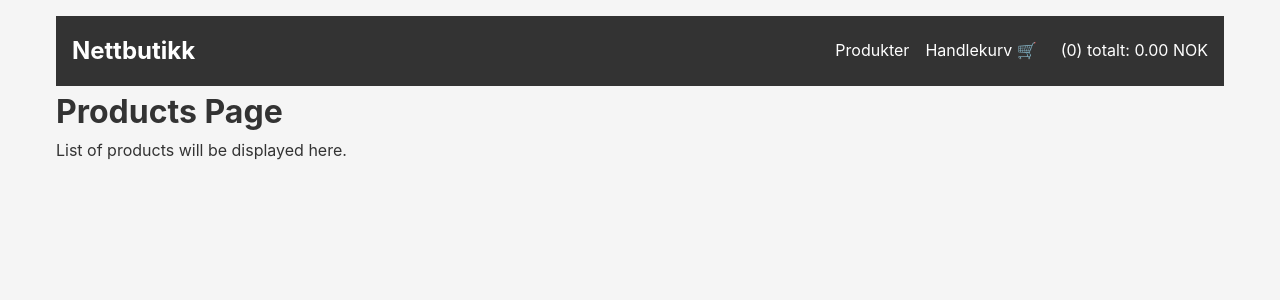
Repository: geokkjer/ukesoppgave2025.2
Page: / (app in handlekurv-func/)
The author's editor kept a copy of each file at every save. The page is drawn from the files as they stood at one save, then again after the next save.
The browser window is 1280 px wide. The pictures show the whole page.
The project was rebuilt for these pictures with package versions that can differ from the ones it lists, and the page was loaded fresh each time.

Above is the page before, as saved 2025-09-16 13:54:30.

### handlekurv-func/index.html
<!doctype html>
<html lang="en">
  <head>
    <meta charset="UTF-8" />
    <link rel="icon" type="image/svg+xml" href="/vite.svg" />
    <meta name="viewport" content="width=device-width, initial-scale=1.0" />
    <title>Handlekurv v3</title>
    <link rel="stylesheet" href="./css/base.css" />
    <link rel="stylesheet" href="./css/components.css" />
    <link rel="stylesheet" href="./css/responsive.css" />
  </head>
  <body>
    <div id="app"></div>
    <script type="module" >
      import { initialState } from './src/model';
      import { render } from './src/shell';
      render(initialState);
    </script>
  </body>
</html>

### handlekurv-func/css/responsive.css
/* Simplified Responsive Design */

/* Tablet and smaller */
@media (max-width: 768px) {
  .navbar {
    flex-direction: column;
    gap: 1rem;
    text-align: center;
  }

  .nav-links {
    justify-content: center;
  }

  .products-grid {
    grid-template-columns: 1fr;
  }

  .cart-item {
    flex-direction: column;
    align-items: flex-start;
    gap: 1rem;
  }

  .cart-item-controls {
    width: 100%;
    justify-content: space-between;
  }

  #app {
    padding: 0.5rem;
  }
}

/* Mobile */
@media (max-width: 480px) {
  .navbar {
    padding: 0.5rem;
  }

  .product-card {
    padding: 0.75rem;
  }

  .product-detail {
    padding: 1rem;
  }
}

### handlekurv-func/css/components.css
/* Simplified Components */

/* Buttons */
.btn {
  background: #007bff;
  color: white;
  border: none;
  padding: 0.5rem 1rem;
  border-radius: 4px;
  cursor: pointer;
  font-size: 1rem;
}

.btn:hover { background: #0056b3; }
.btn-success { background: #28a745; }
.btn-success:hover { background: #218838; }
.btn-danger { background: #dc3545; }
.btn-danger:hover { background: #c82333; }

/* Navbar */
.navbar {
  background: #333;
  color: white;
  padding: 1rem;
  display: flex;
  justify-content: space-between;
  align-items: center;
}

.logo { font-size: 1.5rem; font-weight: bold; }
.nav-links {
  display: flex;
  list-style: none;
  gap: 1rem;
}

.nav-links a {
  color: white;
  text-decoration: none;
  padding: 0.5rem;
}

.nav-links a:hover { background: rgba(255,255,255,0.1); }

/* Navigation */
.site-nav {
  grid-area: header;
  background-color: #333;
  color: white;
  padding: 1rem;
  margin-bottom: 0;
}

/* App container */
#app {
  max-width: 1200px;
  margin: 0 auto;
  padding: 1rem;
  grid-area: main;
}

main { flex: 1; }

/* Product grid */
.products-grid {
  display: grid;
  grid-template-columns: repeat(auto-fit, minmax(250px, 1fr));
  gap: 1rem;
  margin-top: 2rem;
}

.product-card {
  background: white;
  border-radius: 8px;
  padding: 1rem;
  box-shadow: 0 2px 5px rgba(0,0,0,0.1);
  cursor: pointer;
}

.product-card:hover { box-shadow: 0 4px 10px rgba(0,0,0,0.15); }

.product-image {
  width: 100%;
  height: 150px;
  background: #f0f0f0;
  border-radius: 4px;
  display: flex;
  align-items: center;
  justify-content: center;
  margin-bottom: 1rem;
  font-size: 2rem;
  color: #666;
}

.product-name {
  font-size: 1.1rem;
  font-weight: bold;
  margin-bottom: 0.5rem;
}

.product-price {
  font-size: 1rem;
  color: #e74c3c;
  font-weight: bold;
  margin-bottom: 0.5rem;
}

.product-description {
  color: #666;
  font-size: 0.9rem;
}

/* Product detail */
.product-detail {
  background: white;
  border-radius: 8px;
  padding: 2rem;
  box-shadow: 0 2px 5px rgba(0,0,0,0.1);
}

.product-detail .product-image {
  height: 200px;
  margin-bottom: 1rem;
}

/* Cart */
.cart-items {
  display: flex;
  flex-direction: column;
  gap: 1rem;
  margin-bottom: 2rem;
}

.cart-item {
  background: white;
  border-radius: 8px;
  padding: 1rem;
  box-shadow: 0 2px 5px rgba(0,0,0,0.1);
  display: flex;
  justify-content: space-between;
  align-items: center;
}

.cart-item-info { flex: 1; }
.cart-item-name {
  font-weight: bold;
  margin-bottom: 0.5rem;
}

.cart-item-price {
  color: #e74c3c;
  font-weight: bold;
}

.cart-item-controls {
  display: flex;
  align-items: center;
  gap: 1rem;
}

.quantity-controls {
  display: flex;
  align-items: center;
  gap: 0.5rem;
}

.quantity-btn {
  background: #f0f0f0;
  border: none;
  width: 30px;
  height: 30px;
  border-radius: 50%;
  cursor: pointer;
  display: flex;
  align-items: center;
  justify-content: center;
}

.quantity-btn:hover { background: #e0e0e0; }

.cart-total {
  background: white;
  border-radius: 8px;
  padding: 1rem;
  box-shadow: 0 2px 5px rgba(0,0,0,0.1);
  text-align: right;
}

.total-amount {
  font-size: 1.2rem;
  font-weight: bold;
  color: #e74c3c;
  margin-bottom: 1rem;
}

.empty-cart {
  text-align: center;
  padding: 2rem;
  color: #666;
}

/* Footer */
.site-footer {
  grid-area: footer;
  padding: 1rem 0;
  color: #777;
  text-align: center;
  border-top: 1px solid #e0e0e0;
}

### handlekurv-func/css/base.css
/* Simplified Base Styles */

* {
  margin: 0;
  padding: 0;
  box-sizing: border-box;
}

body {
  font-family: -apple-system, BlinkMacSystemFont, 'Segoe UI', sans-serif;
  line-height: 1.6;
  color: #333;
  background: #f5f5f5;
  min-height: 100vh;
}

/* Screen reader only */
.sr-only {
  position: absolute;
  width: 1px;
  height: 1px;
  padding: 0;
  margin: -1px;
  overflow: hidden;
  clip: rect(0, 0, 0, 0);
  white-space: nowrap;
  border: 0;
}

/* Focus styles */
button:focus,
a:focus,
[tabindex]:focus {
  outline: 2px solid #007bff;
  outline-offset: 2px;
}

/* Loading */
.loading {
  text-align: center;
  padding: 2rem;
  font-size: 1.1rem;
  color: #666;
}

/* Tablet view - a little wider */
@media (min-width: 768px) {
  body {
    grid-template-columns: repeat(3, 1fr);
    grid-template-areas:
      "header header header"
      "main main main"
      "footer footer footer";
  }
}

/* Desktop view - wider */
@media (min-width: 1024px) {
  body {
    grid-template-columns: repeat(4, 1fr);
    grid-template-areas:
      "header header header header"
      "main main main main"
      "footer footer footer footer";
  }
}

### handlekurv-func/src/model.ts
import type { Model } from "./types";

export const initialState: Model = Object.freeze({
  app: {
    currentPage: "products",
  },
  products: [
    {
      id: 1,
      name: "Trådløse Hodetelefoner",
      price: 99.99,
      description:
        "Høykvalitets trådløse hodetelefoner med støydemping og 30 timer batteritid.",
      image: "🎧",
      category: "Elektronikk",
    },
    {
      id: 2,
      name: "Smartklokke",
      price: 199.99,
      description:
        "Funksjonsrik smartklokke med treningssporing, pulsmåler og GPS.",
      image: "⌚",
      category: "Elektronikk",
    },
    {
      id: 3,
      name: "Kaffetrakter",
      price: 79.99,
      description:
        "Programmerbar kaffetrakter med termokanne og automatisk bryggtimer.",
      image: "☕",
      category: "Hjem",
    },
    {
      id: 4,
      name: "Ryggsekk",
      price: 49.99,
      description:
        "Slitesterke laptop-ryggsekk med flere rom og vannavstøtende materiale.",
      image: "🎒",
      category: "Livsstil",
    },
    {
      id: 5,
      name: "Skrivebordslampe",
      price: 39.99,
      description:
        "LED skrivebordslampe med justerbar lysstyrke og USB-ladeport.",
      image: "💡",
      category: "Hjem",
    },
    {
      id: 6,
      name: "Trådløs Mus",
      price: 29.99,
      description:
        "Ergonomisk trådløs mus med presis sporing og lang batteritid.",
      image: "🖱️",
      category: "Elektronikk",
    },
    {
      id: 7,
      name: "Bluetooth-høyttaler",
      price: 59.99,
      description: "Kompakt høyttaler med kraftig lyd og vanntett design.",
      image: "🔊",
      category: "Elektronikk",
    },
    {
      id: 8,
      name: "Powerbank",
      price: 24.99,
      description: "10.000 mAh powerbank med hurtiglading.",
      image: "🔋",
      category: "Elektronikk",
    },
    {
      id: 9,
      name: "Mekanisk Tastatur",
      price: 89.99,
      description:
        "RGB-belysning og taktile brytere for bedre skriveopplevelse.",
      image: "⌨️",
      category: "Elektronikk",
    },
    {
      id: 10,
      name: "Vannflaske i stål",
      price: 119.99,
      description: "Holder drikken kald eller varm i opptil 12 timer.",
      image: "🥤",
      category: "Livsstil",
    },
    {
      id: 11,
      name: "Treningsmatte",
      price: 29.99,
      description: "Skli-sikker yogamatte med god demping.",
      image: "🧘",
      category: "Livsstil",
    },
    {
      id: 12,
      name: "Kokkekniv",
      price: 734,
      description: "Skarp og balansert kniv i rustfritt stål.",
      image: "🔪",
      category: "Hjem",
    },
    {
      id: 13,
      name: "Ladekabel USB‑C",
      price: 59,
      description: "Robust kabel med hurtigladestøtte.",
      image: "🔌",
      category: "Elektronikk",
    },
    {
      id: 14,
      name: "Nettbrett",
      price: 5299,
      description: '10" skjerm, 64 GB lagring og lang batteritid.',
      image: "📱",
      category: "Elektronikk",
    },
    {
      id: 15,
      name: "Digitalkamera",
      price: 1399,
      description: "Kompakt kamera med 4K-video og optisk zoom.",
      image: "📷",
      category: "Elektronikk",
    },
    {
      id: 16,
      name: "Notatbok",
      price: 70,
      description: "Hardcover notatbok med 200 sider.",
      image: "📓",
      category: "Livsstil",
    },
  ],
  cart: {
    items: [],
    total: 0
  },
});

### handlekurv-func/src/shell.ts
import type { Model } from "./types";
import { productsView } from "./productsView";
import { navBar } from "./commonView";
import { mainView } from "./commonView";

export function render(state: Model, action: string | null): void {

  // const renderMainView = mainView();


  // console.log("Rendering with state:", state);
  // console.log("Action:", action);

  const oldState = {
    ...state,
  };
if (oldState.app.currentPage === 'products') {
  productsView();
  navBar(state);
} else if (oldState.app.currentPage === 'cart') {
  const app = document.getElementById('app');
  app!.innerHTML = 'this is the cart page';
}
}

### handlekurv-func/src/productsView.ts
import { mainView } from "./commonView";

function productsView() {
    mainView();
    const main = document.getElementById('main');
    main!.innerHTML = `
      <h1>Products Page</h1>
      <p>List of products will be displayed here.</p>
    `;
  }

  export { productsView };

### handlekurv-func/src/commonView.ts
import type { Model } from "./types";

function mainView(): HTMLElement {
    const app = document.getElementById('app');

        // gamle version- overgang
        // document.createElement('header');
        // document.createElement('main');
        // document.createElement('footer');

        const header = document.createElement('header') as HTMLElement;
        const main = document.createElement('main') as HTMLElement;
        const footer = document.createElement('footer') as HTMLElement;

        header.id = 'header';
        main.id = 'main';
        footer.id = 'footer';

        app?.appendChild(header);
        app?.appendChild(main);
        app?.appendChild(footer);

        return app!;
}

function navBar(model: Model): HTMLElement {
    const header = document.getElementById('header');
    const nav = document.createElement('nav');
    nav.className = 'navbar';
    const logo = document.createElement('h1');
    logo.className = 'logo';
    logo.innerText = 'Nettbutikk';
    const ul = document.createElement('ul');
    ul.className = 'nav-links';
    const li1 = document.createElement('li');
    const a1 = document.createElement('a');
    a1.href = '#';
    a1.innerText = 'Produkter';
    a1.addEventListener('click', () => { model.app.currentPage = 'products'; });
    const a2 = document.createElement('a');
    a2.href = '#';
    a2.innerText = 'Handlekurv 🛒';
    a2.addEventListener('click', () => { model.app.currentPage = 'cart';  });

    const infoCart = document.createElement('span');
    infoCart.className = 'cart-info';
    infoCart.innerText = `(${model.cart.items.length}) totalt: ${model.cart.total.toFixed(2)} NOK`;


    li1.appendChild(a1);
    li1.appendChild(a2);
    ul.appendChild(li1);
    ul.appendChild(infoCart);
    nav.appendChild(logo);
    nav.appendChild(ul);
    header!.appendChild(nav);
    return header!;
}

function footer (): HTMLElement {
    const footer = document.getElementById('footer');
    footer!.innerHTML = `
      <p>&copy; 2025 My E-commerce Site</p>
      <author>Michał Szczepański</author>
    `;
    return footer!;

}

export { mainView, navBar, footer };

After the next save:
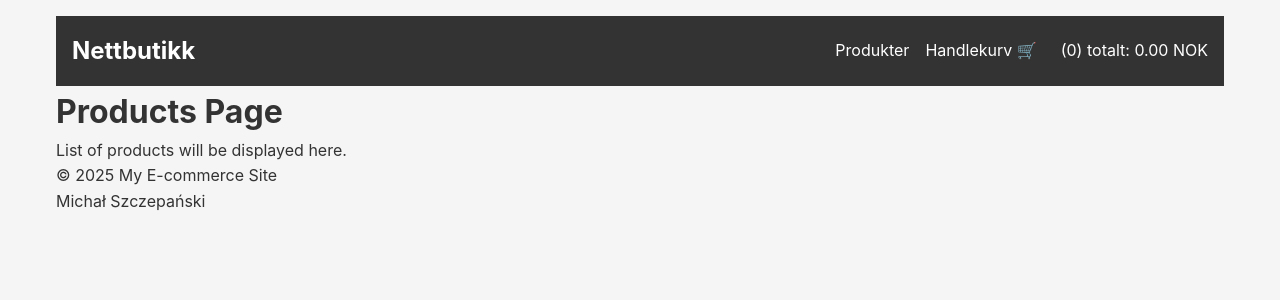
Saved 16 s later.
--- a/handlekurv-func/src/shell.ts
+++ b/handlekurv-func/src/shell.ts
@@ -1,6 +1,6 @@
 import type { Model } from "./types";
 import { productsView } from "./productsView";
-import { navBar } from "./commonView";
+import { footer, navBar } from "./commonView";
 import { mainView } from "./commonView";
 
 export function render(state: Model, action: string | null): void {
@@ -17,6 +17,7 @@ export function render(state: Model, action: string | null): void {
 if (oldState.app.currentPage === 'products') {
   productsView();
   navBar(state);
+  footer();
 } else if (oldState.app.currentPage === 'cart') {
   const app = document.getElementById('app');
   app!.innerHTML = 'this is the cart page';
